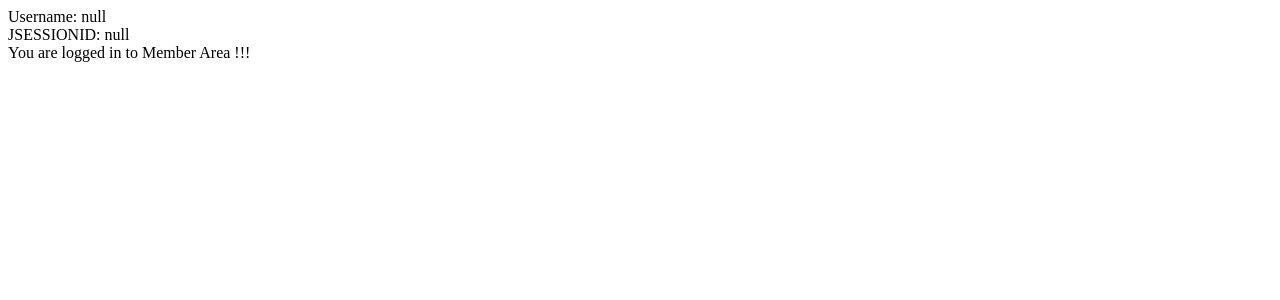
Repository: Maxx1432/Eclipse-Work
Page: http://localhost/Maxx_L09_Servlet_Filters/memberArea.jsp
An editor plug-in stored every save of this project. The page is shown before and after the next save, followed by the edit.
The browser window is 1280 px wide. The pictures show the whole page.
The page is served by Tomcat 9. Other server files are loaded and not shown.

Above is the page before, as saved 2023-02-20 07:42:09.

### Maxx L09 Servlet Filters/src/main/webapp/memberArea.jsp
<%@ page language="java" contentType="text/html; charset=ISO-8859-1"
    pageEncoding="ISO-8859-1"%>
<!DOCTYPE html>
<html>
<head>
<meta charset="ISO-8859-1">
<title>Member Area</title>
</head>
<body>
<%
	String username=null, sessionId=null;
	Cookie [] cookies = request.getCookies();
	if(cookies!=null){
		for(Cookie cookie : cookies)
		{
			if(cookie.getName().equals("username")){
				username=cookie.getValue();
			}
			if(cookie.getName().equals("JSESSIONID")){
				sessionId=cookie.getValue();
			}
		}
		if(sessionId == null || username == null)
		{
			response.sendRedirect("login.jsp");
		}
	}
%>

Username: <%=username%> <br/>
JSESSIONID: <%=sessionId%><br/>
You are logged in to Member Area !!!

<form action="<%=request.getContextPath()%>/MemberAreaController" method="get">
<input type="hidden" name="action" value="destroy">
</form>
</body>
</html>

After the next save:
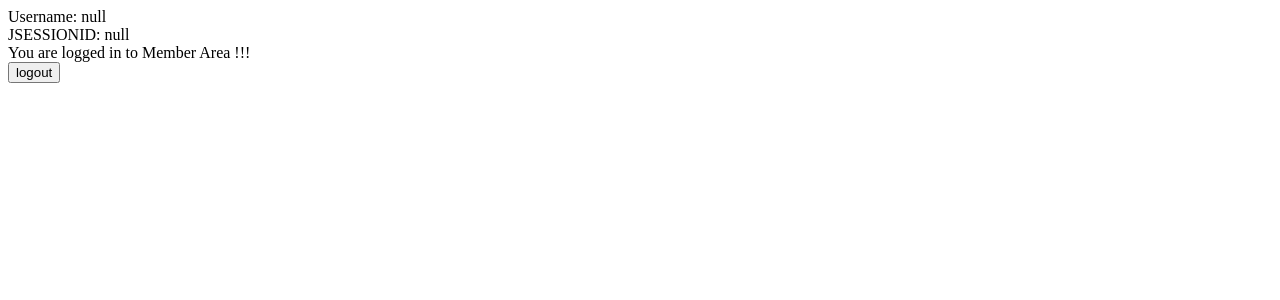
Saved 6 min 42 s later.
--- a/Maxx L09 Servlet Filters/src/main/webapp/memberArea.jsp
+++ b/Maxx L09 Servlet Filters/src/main/webapp/memberArea.jsp
@@ -33,6 +33,7 @@ You are logged in to Member Area !!!
 
 <form action="<%=request.getContextPath()%>/MemberAreaController" method="get">
 <input type="hidden" name="action" value="destroy">
+<input type="submit" value="logout">
 </form>
 </body>
 </html>
